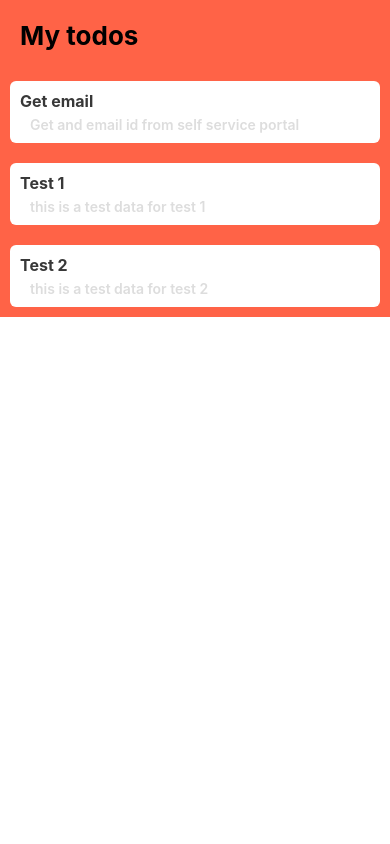
Repository: sadarsh216/Todo-App
Page: /
An editor plug-in stored every save of this project. The page is shown before and after the next save, followed by the edit.
The browser window is 390 px wide. The pictures show the whole page.
The app was drawn by React Native's web renderer in a window 390 px wide. The project was rebuilt for these pictures with package versions that can differ from the ones it lists, and the page was loaded fresh each time.

Above is the page before, as saved 2021-10-09 12:58:08.

After the next save:
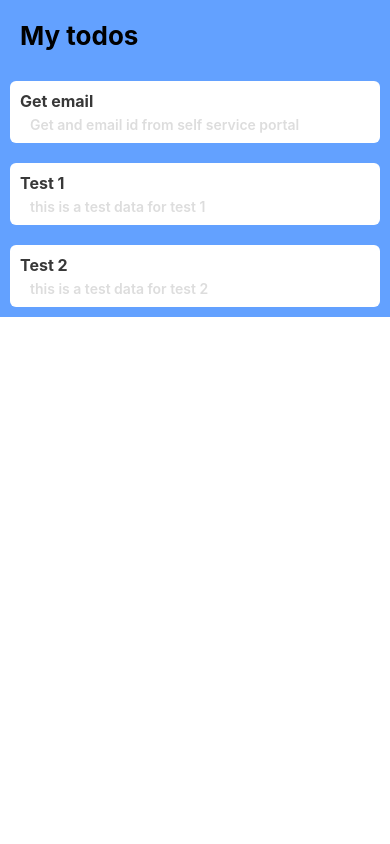
Saved 35 s later.
--- a/App.tsx
+++ b/App.tsx
@@ -16,7 +16,7 @@ export default function App() {
 
 const styles = StyleSheet.create({
   container: {
-    backgroundColor: "tomato",
+    backgroundColor: "#63a1ff",
   },
   heading: {
     fontSize: 26,
